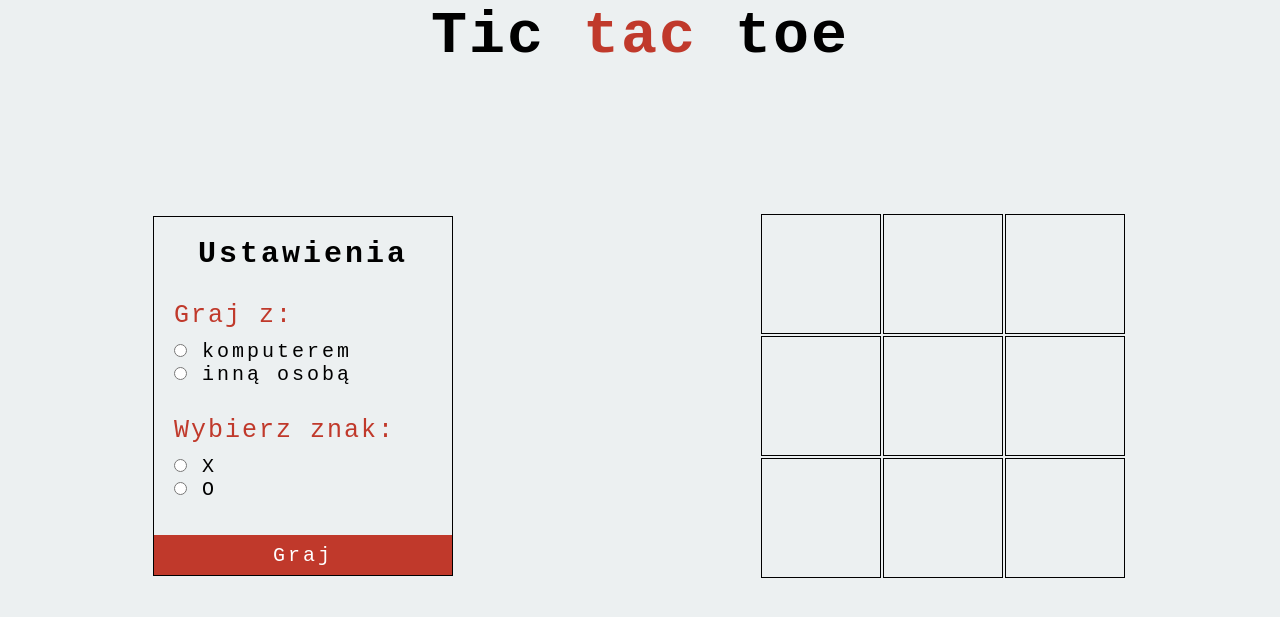
Repository: SebastianArmata22/Tic-Tac-Toe
Page: index.html
An editor plug-in stored every save of this project. The page is shown before and after the next save, followed by the edit.
The browser window is 1280 px wide. The pictures show the whole page.
Some web fonts or font styles are not loaded; a fallback is used.

Above is the page before, as saved 2020-11-03 15:08:57.

After the next save:
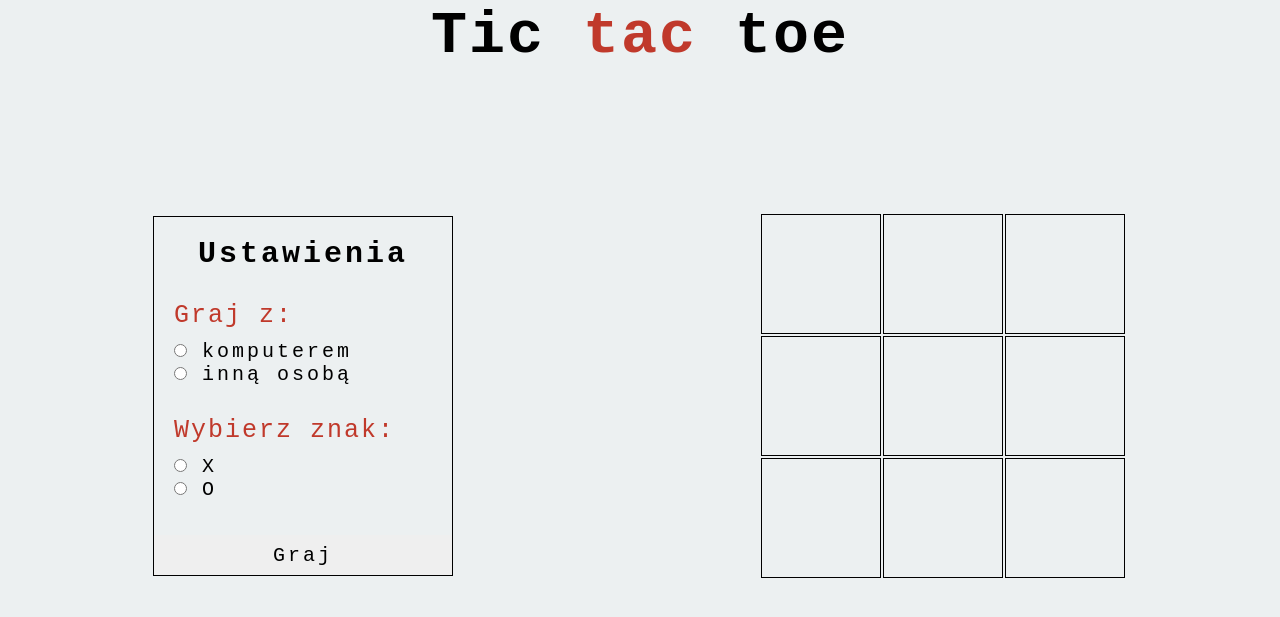
Saved 50 s later.
--- a/style.css
+++ b/style.css
@@ -60,8 +60,7 @@ transition: all 0.5s ease-out;
     height: 40px;
     font-size: 20px;
     letter-spacing: 3px;
-    color: white;
-    background-color: #c0392b;
+    color: black;
 }
 .game-btn:hover{
     background-color: black;
